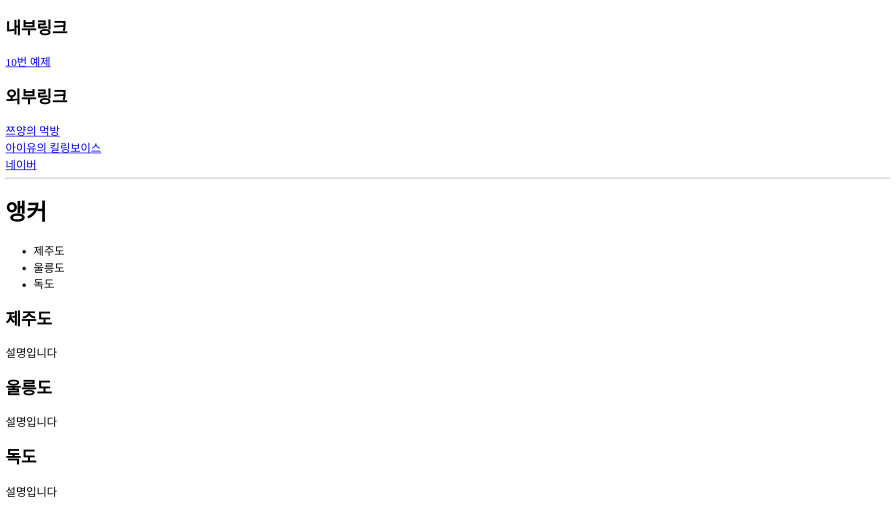
Repository: hb6700/client
Page: ClientTest/src/main/webapp/html/ex11_link.html
These files come from the project's save history. The page is drawn as it stood at one moment and after the next save; the edit follows.
The browser window is 1280 px wide. The pictures show the part of the page from y = 0 to 1920 px (the page is 729 px tall before and 9249 px after), at 70% of full size.

Above is the page before, as saved 2023-09-20 05:19:33.

### ClientTest/src/main/webapp/html/ex11_link.html
<!DOCTYPE html>
<html>
	<head>
		<meta charset="UTF-8">
		<title>ex11_link</title>
	</head>
	<body>
		<!--
		링크(link)
		- <a>, anchor(닻), link

		링크 속성
		- a.href : 클릭하면 이동할 URL. reference a hyperlink
		- a.target : 열거형.
			_self 	: 내부링크용
			_blank	: 새탭으로 열기
			_parent	:
			_top	:
			프레임명
		-->

		<h2>내부링크</h2>
		<a href="ex10_list.html">10번 예제</a>

		<h2>외부링크</h2>
		<a href="https://youtu.be/TA-aeCFktME?si=Gjo9-xFLmxs-uRsI">쯔양의 먹방</a><br>
		<a href="https://youtu.be/wDfqXR_5yyQ?si=XpuV7vUwCbweg_KL">아이유의 킬링보이스</a><br>

		<a href="https://naver.com" target="_blank">네이버</a>
		<hr>
		<h1>앵커</h1>
		<ul>
			<li>제주도</li>
			<li>울릉도</li>
			<li>독도</li>
		</ul>
		<h2>제주도</h2>
		<p>설명입니다</p>
		<h2>울릉도</h2>
		<p>설명입니다</p>
		<h2>독도</h2>
		<p>설명입니다</p>
	</body>
</html>

After the next save:
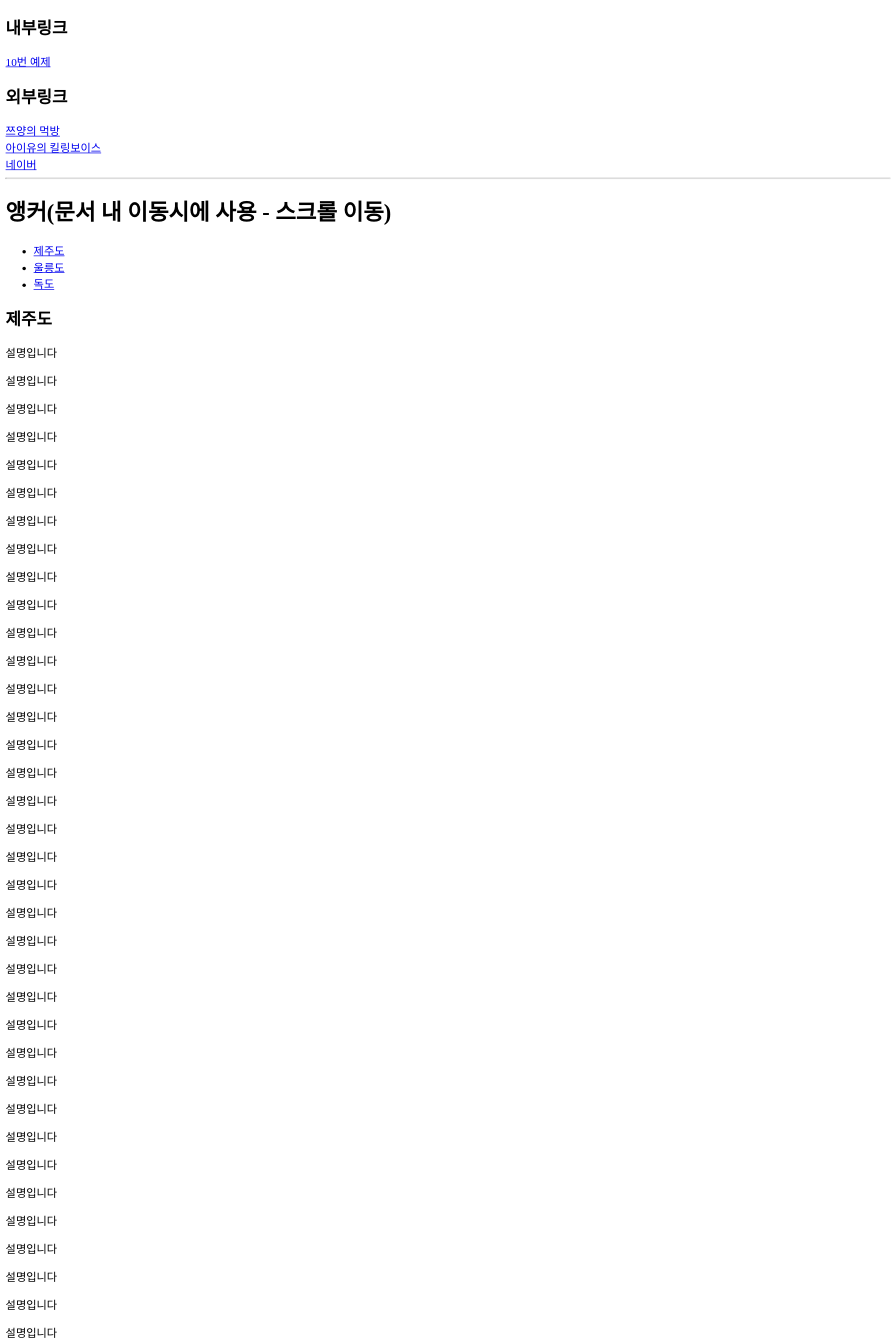
Saved 5 min 53 s later.
--- a/ClientTest/src/main/webapp/html/ex11_link.html
+++ b/ClientTest/src/main/webapp/html/ex11_link.html
@@ -28,17 +28,41 @@
 
 		<a href="https://naver.com" target="_blank">네이버</a>
 		<hr>
-		<h1>앵커</h1>
+		<h1>앵커(문서 내 이동시에 사용 - 스크롤 이동)</h1>
 		<ul>
-			<li>제주도</li>
-			<li>울릉도</li>
-			<li>독도</li>
+			<li><a href="#jeju">제주도</a></li>
+			<li><a href="#ulleung">울릉도</a></li>
+			<li><a href="#dokdo">독도</a></li>
 		</ul>
-		<h2>제주도</h2>
-		<p>설명입니다</p>
-		<h2>울릉도</h2>
-		<p>설명입니다</p>
-		<h2>독도</h2>
-		<p>설명입니다</p>
+		<h2><a name="jeju">제주도</a></h2>
+		<p>설명입니다</p><p>설명입니다</p><p>설명입니다</p><p>설명입니다</p><p>설명입니다</p><p>설명입니다</p><p>설명입니다</p><p>설명입니다</p><p>설명입니다</p>
+		<p>설명입니다</p><p>설명입니다</p><p>설명입니다</p><p>설명입니다</p><p>설명입니다</p><p>설명입니다</p><p>설명입니다</p><p>설명입니다</p><p>설명입니다</p>
+		<p>설명입니다</p><p>설명입니다</p><p>설명입니다</p><p>설명입니다</p><p>설명입니다</p><p>설명입니다</p><p>설명입니다</p><p>설명입니다</p><p>설명입니다</p>
+		<p>설명입니다</p><p>설명입니다</p><p>설명입니다</p><p>설명입니다</p><p>설명입니다</p><p>설명입니다</p><p>설명입니다</p><p>설명입니다</p><p>설명입니다</p>
+		<p>설명입니다</p><p>설명입니다</p><p>설명입니다</p><p>설명입니다</p><p>설명입니다</p><p>설명입니다</p><p>설명입니다</p><p>설명입니다</p><p>설명입니다</p>
+		<p>설명입니다</p><p>설명입니다</p><p>설명입니다</p><p>설명입니다</p><p>설명입니다</p><p>설명입니다</p><p>설명입니다</p><p>설명입니다</p><p>설명입니다</p>
+		<p>설명입니다</p><p>설명입니다</p><p>설명입니다</p><p>설명입니다</p><p>설명입니다</p><p>설명입니다</p><p>설명입니다</p><p>설명입니다</p><p>설명입니다</p>
+		<p>설명입니다</p><p>설명입니다</p><p>설명입니다</p><p>설명입니다</p><p>설명입니다</p><p>설명입니다</p><p>설명입니다</p><p>설명입니다</p><p>설명입니다</p>
+
+		<h2><a name="ulleung">울릉도</a></h2>
+		<p>설명입니다</p><p>설명입니다</p><p>설명입니다</p><p>설명입니다</p><p>설명입니다</p><p>설명입니다</p><p>설명입니다</p><p>설명입니다</p><p>설명입니다</p>
+		<p>설명입니다</p><p>설명입니다</p><p>설명입니다</p><p>설명입니다</p><p>설명입니다</p><p>설명입니다</p><p>설명입니다</p><p>설명입니다</p><p>설명입니다</p>
+		<p>설명입니다</p><p>설명입니다</p><p>설명입니다</p><p>설명입니다</p><p>설명입니다</p><p>설명입니다</p><p>설명입니다</p><p>설명입니다</p><p>설명입니다</p>
+		<p>설명입니다</p><p>설명입니다</p><p>설명입니다</p><p>설명입니다</p><p>설명입니다</p><p>설명입니다</p><p>설명입니다</p><p>설명입니다</p><p>설명입니다</p>
+		<p>설명입니다</p><p>설명입니다</p><p>설명입니다</p><p>설명입니다</p><p>설명입니다</p><p>설명입니다</p><p>설명입니다</p><p>설명입니다</p><p>설명입니다</p>
+		<p>설명입니다</p><p>설명입니다</p><p>설명입니다</p><p>설명입니다</p><p>설명입니다</p><p>설명입니다</p><p>설명입니다</p><p>설명입니다</p><p>설명입니다</p>
+		<p>설명입니다</p><p>설명입니다</p><p>설명입니다</p><p>설명입니다</p><p>설명입니다</p><p>설명입니다</p><p>설명입니다</p><p>설명입니다</p><p>설명입니다</p>
+		<p>설명입니다</p><p>설명입니다</p><p>설명입니다</p><p>설명입니다</p><p>설명입니다</p><p>설명입니다</p><p>설명입니다</p><p>설명입니다</p><p>설명입니다</p>
+
+		<h2><a name="dokdo">독도</a></h2>
+		<p>설명입니다</p><p>설명입니다</p><p>설명입니다</p><p>설명입니다</p><p>설명입니다</p><p>설명입니다</p><p>설명입니다</p><p>설명입니다</p><p>설명입니다</p>
+		<p>설명입니다</p><p>설명입니다</p><p>설명입니다</p><p>설명입니다</p><p>설명입니다</p><p>설명입니다</p><p>설명입니다</p><p>설명입니다</p><p>설명입니다</p>
+		<p>설명입니다</p><p>설명입니다</p><p>설명입니다</p><p>설명입니다</p><p>설명입니다</p><p>설명입니다</p><p>설명입니다</p><p>설명입니다</p><p>설명입니다</p>
+		<p>설명입니다</p><p>설명입니다</p><p>설명입니다</p><p>설명입니다</p><p>설명입니다</p><p>설명입니다</p><p>설명입니다</p><p>설명입니다</p><p>설명입니다</p>
+		<p>설명입니다</p><p>설명입니다</p><p>설명입니다</p><p>설명입니다</p><p>설명입니다</p><p>설명입니다</p><p>설명입니다</p><p>설명입니다</p><p>설명입니다</p>
+		<p>설명입니다</p><p>설명입니다</p><p>설명입니다</p><p>설명입니다</p><p>설명입니다</p><p>설명입니다</p><p>설명입니다</p><p>설명입니다</p><p>설명입니다</p>
+		<p>설명입니다</p><p>설명입니다</p><p>설명입니다</p><p>설명입니다</p><p>설명입니다</p><p>설명입니다</p><p>설명입니다</p><p>설명입니다</p><p>설명입니다</p>
+		<p>설명입니다</p><p>설명입니다</p><p>설명입니다</p><p>설명입니다</p><p>설명입니다</p><p>설명입니다</p><p>설명입니다</p><p>설명입니다</p><p>설명입니다</p>
+
 	</body>
 </html>
